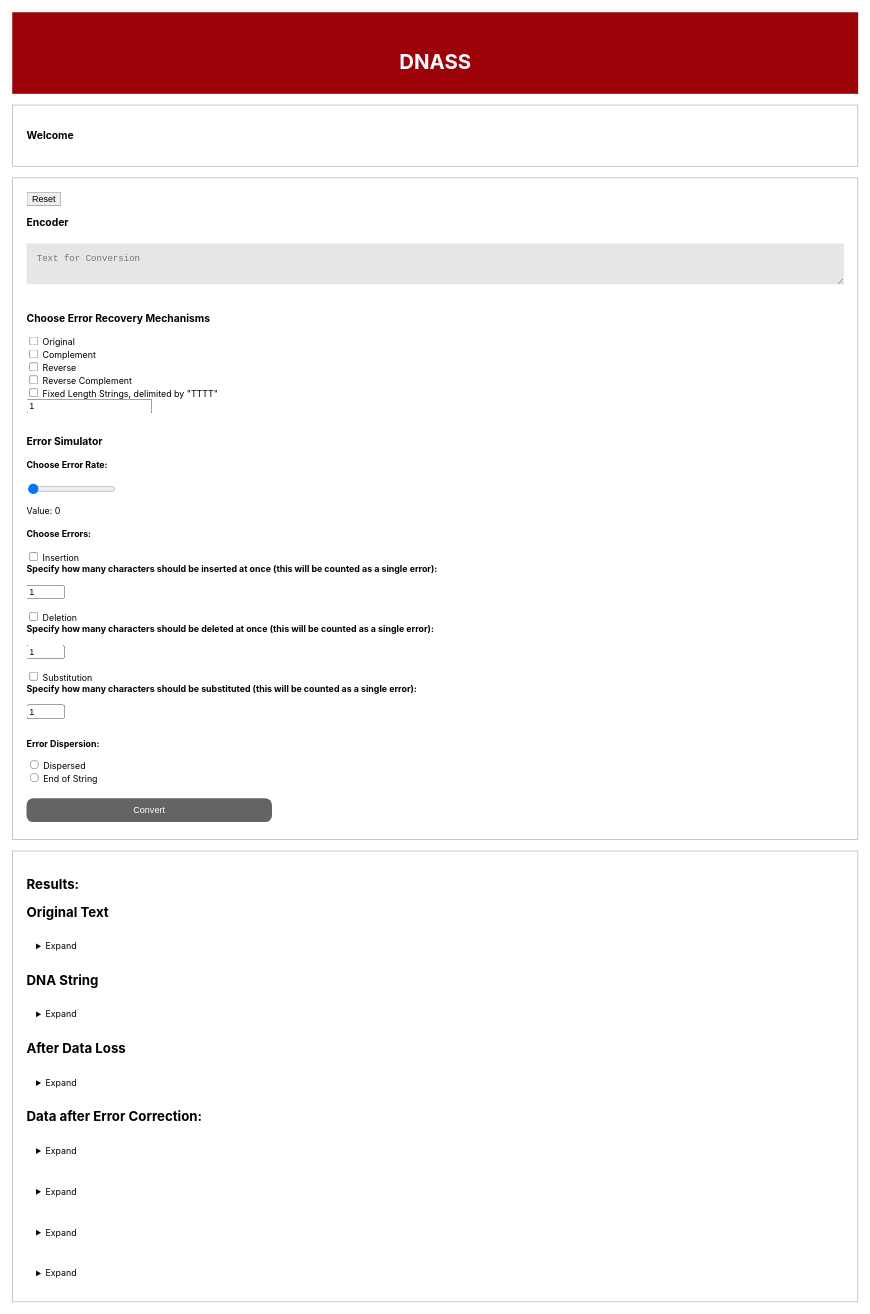
Repository: komalharjani/MSc-Thesis-DNA-Storage
Page: index.html
The author's editor kept a copy of each file at every save. The page is drawn from the files as they stood at one save, then again after the next save.
The browser window is 1280 px wide. The pictures show the whole page, at 68% of full size.

Above is the page before, as saved 2020-08-20 11:32:45.

After the next save:
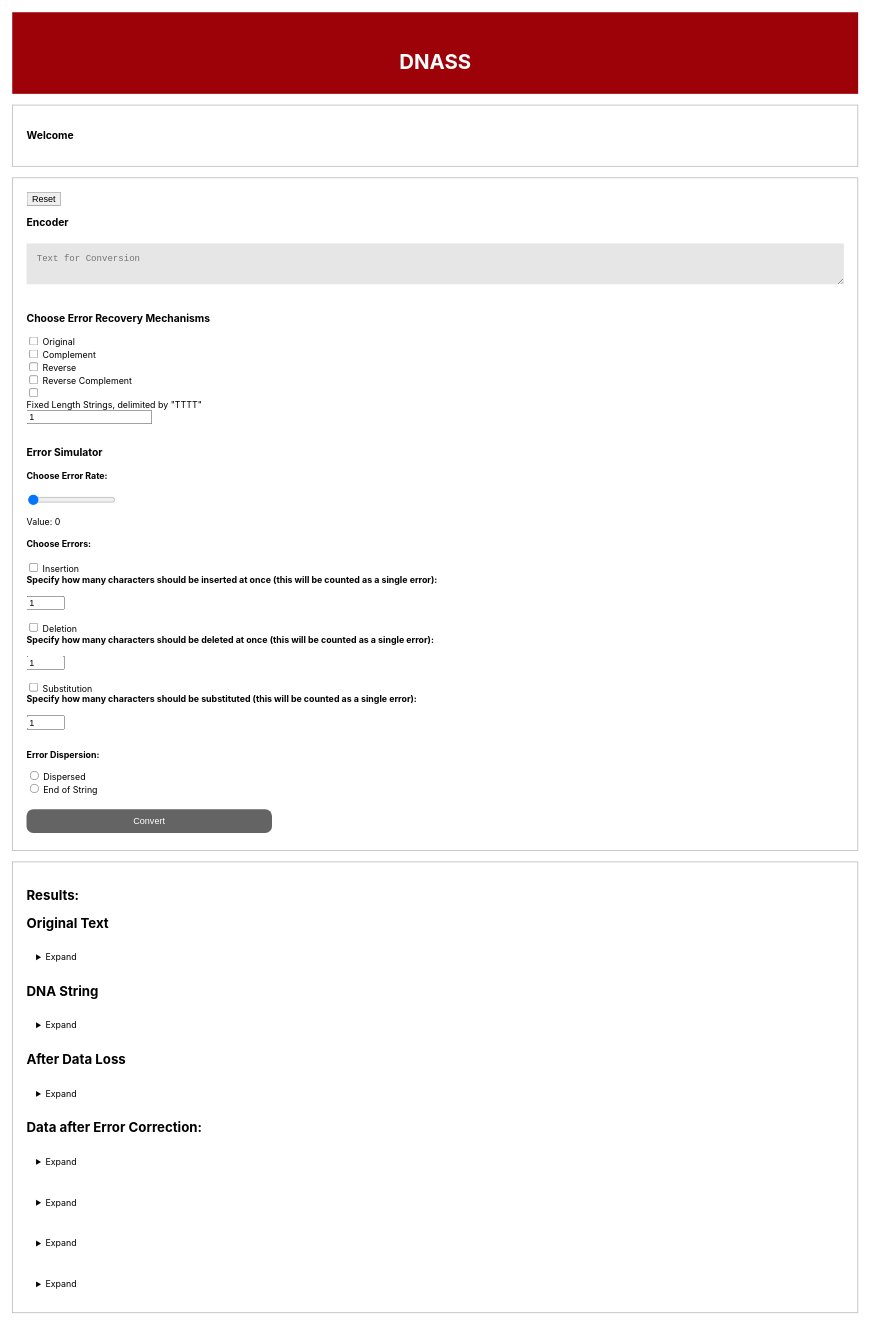
Saved 58 min 40 s later.
--- a/index.html
+++ b/index.html
@@ -32,7 +32,7 @@
                 <label> Reverse</label><br>
                 <input type="checkbox" id="revComp">
                 <label> Reverse Complement</label><br>
-                <input type="checkbox" id="fixed">
+                <input type="checkbox" id="fixed"><br>
                 <label> Fixed Length Strings, delimited by "TTTT"</label><br>
                 <input type="number" value="1"><br><br>
 
